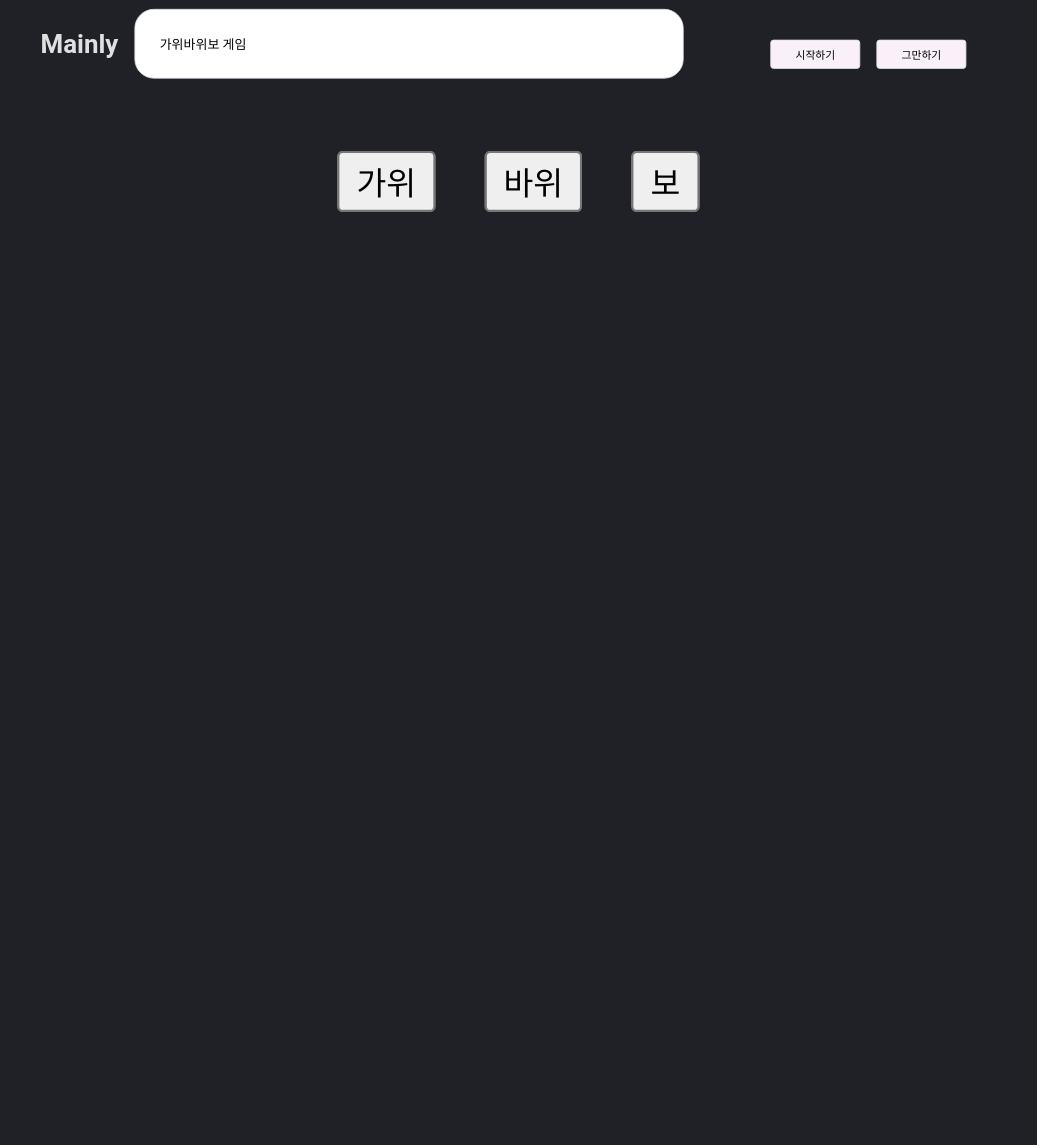
Repository: M1NARTY/WebProgramming
Page: feelLuck.html
The author's editor kept a copy of each file at every save. The page is drawn from the files as they stood at one save, then again after the next save.
The browser window is 1280 px wide. The pictures show the whole page, at 81% of full size.
Pictures or frames that could not be fetched are drawn as grey boxes.

Above is the page before, as saved 2023-12-18 01:56:47.

### feelLuck.html
<!DOCTYPE html>
<html lang="ko">
    <head>
        <meta charset="UTF-8">
        <title>Mainly Dude</title>
        <link rel="stylesheet" href="css/feelLuck.css">
    </head>
    <body>
        <div class="top">
            <h1><a href="./index.html">Mainly</a></h1>
            <div class="box">가위바위보 게임</div>
            <div class="game">
                <button id="rollDice" type="button">시작하기</button>
                <button id="rollDice" type="button">그만하기</button>
            </div>
        </div>
        <div class="game2">
            <button id="rollDice" type="button">가위</button>
            <button id="rollDice" type="button">바위</button>
            <button id="rollDice" type="button">보</button>
        </div>
        <br><br>
        <div class="highway">
            <iframe src="https://www.youtube.com/embed/MjAMHH3vysA?si=fnpbW_-YmZet1xhU&amp;controls=0"
            aligin="center"
            frameborder="0" allow="accelerometer; autoplay; clipboard-write; encrypted-media; gyroscope; picture-in-picture; web-share" ></iframe>
        </div>
    </body>
</html>

### css/feelLuck.css
body {
    background-color:#202027;
    font-family: "Roboto";
    height: 100%;
    margin: 0;
}
a {
    text-decoration: none;
    text-decoration-line: none;
    color: #dfe0e1;
}
.top {
    display: flex;
    align-items: center;
    height: 15vh;
}

.top h1  {
    font-family: "Roboto";
    color: #dfe0e1;
    margin-left: 50px;
}

.box {
    width: 616px;
    margin: 20px;
    padding: 30px;
    border: 1px solid #DFE1E5;
    border-radius: 24px;
    background: #FFF;
}

.game {
    display: flex;
    justify-content: center;
    align-items: center;
    width: 268px;
    margin: 0 auto;
    margin-top: 26px;
    gap: 20px;
}

.game2   {
    display: flex;
    justify-content: center;
    align-items: center;
    width: 268px;
    margin: 0 auto;
    margin-top: 26px;
    gap: 20px;
    zoom:3.0;
}

.game button:nth-child(1) {
    width: 111px;
    height: 36px;
    border-radius: 4px;
    border: 1px solid #dfe0e1;
    background: #F9F0FA;
}
.game button:nth-child(2) {
    width: 111px;
    height: 36px;
    border-radius: 4px;
    border: 1px solid #dfe0e1;
    background: #F9F0FA;
}

.highway {
    padding-top: 75%;
    width: 100%;
}

After the next save:
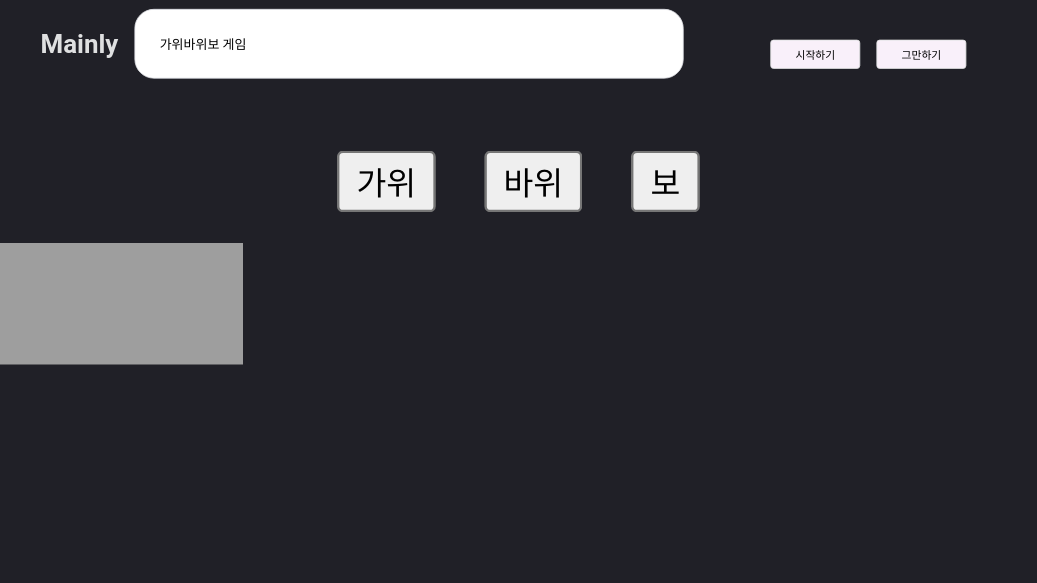
Saved 7 s later.
--- a/css/feelLuck.css
+++ b/css/feelLuck.css
@@ -67,6 +67,5 @@
 }
 
 .highway {
-    padding-top: 75%;
     width: 100%;
 }
